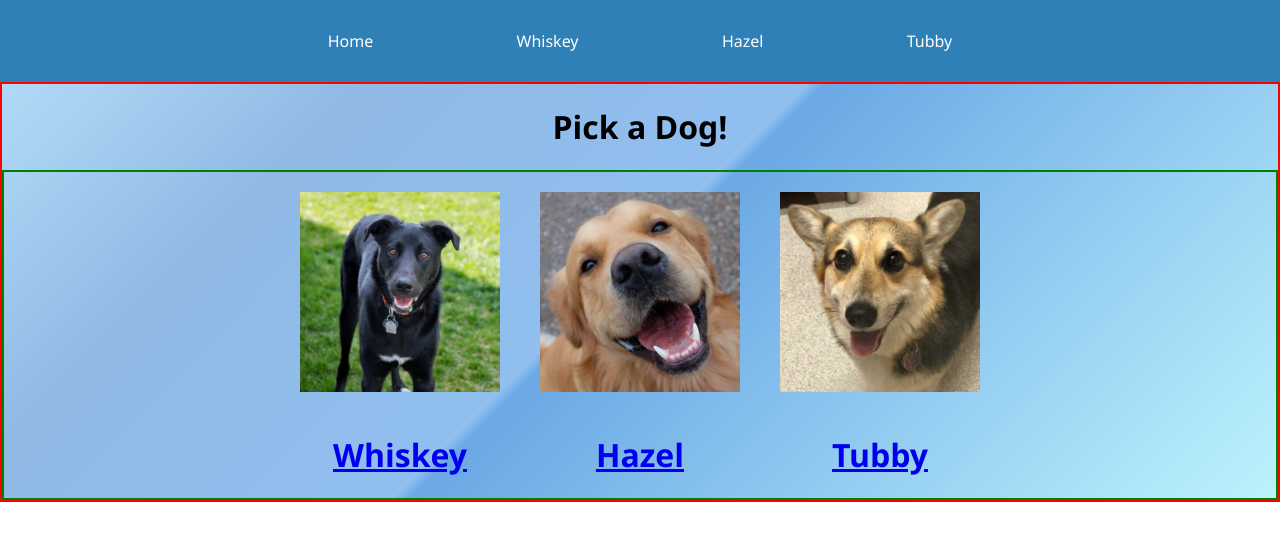
Repository: johnmutina/dog-finder
Page: /dogs
The author's editor kept a copy of each file at every save. The page is drawn from the files as they stood at one save, then again after a run of saves.
The browser window is 1280 px wide. The pictures show the whole page.
The project was rebuilt for these pictures with package versions that can differ from the ones it lists, and the page was loaded fresh each time. Also part of the build but not shown: src/Dog.js.

Above is the page before, as saved 2019-07-28 15:19:09.

After the next 2 saves:
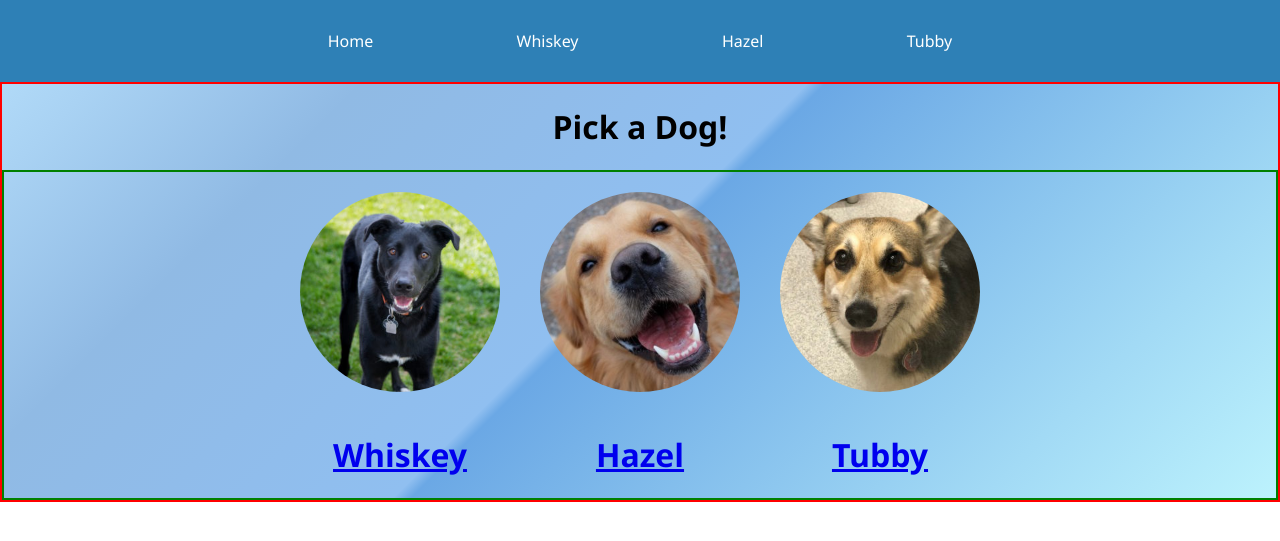
The 2 saves are shown as one change because they came seconds apart.
The last was saved 10 s later.
--- a/src/DogFinder.css
+++ b/src/DogFinder.css
@@ -21,4 +21,5 @@
   padding: 20px;
   width: 200px;
   height: auto;
+  border-radius: 50%;
 }
